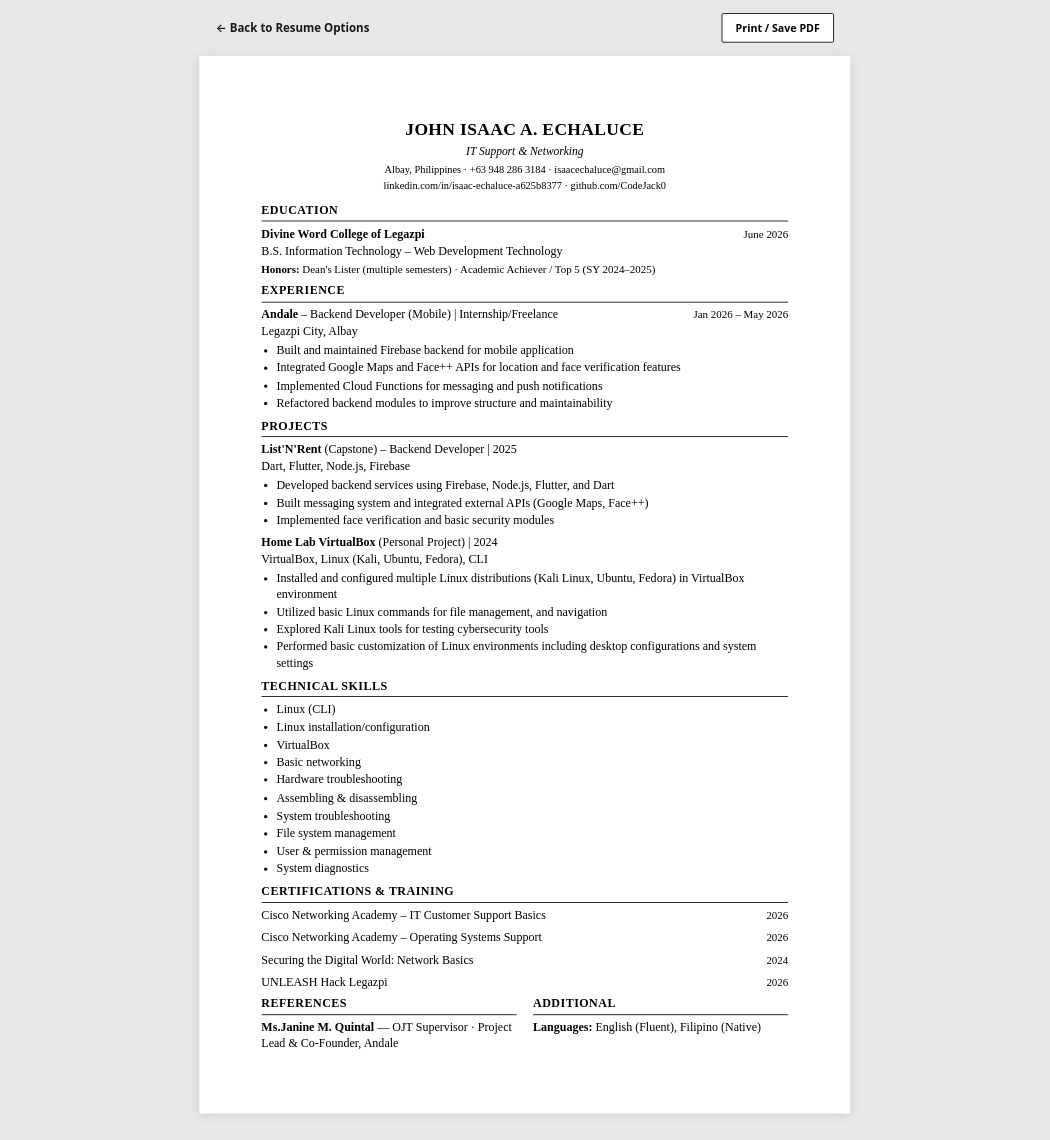
Repository: CodeJack0/Professional_Portfolio
Page: pages/resume_networking.html
These files come from the project's save history. The page is drawn as it stood at one moment and after the next save; the edit follows.
The browser window is 1280 px wide. The pictures show the whole page, at 82% of full size.

Above is the page before, as saved 2026-05-30 09:29:38.

After the next save:
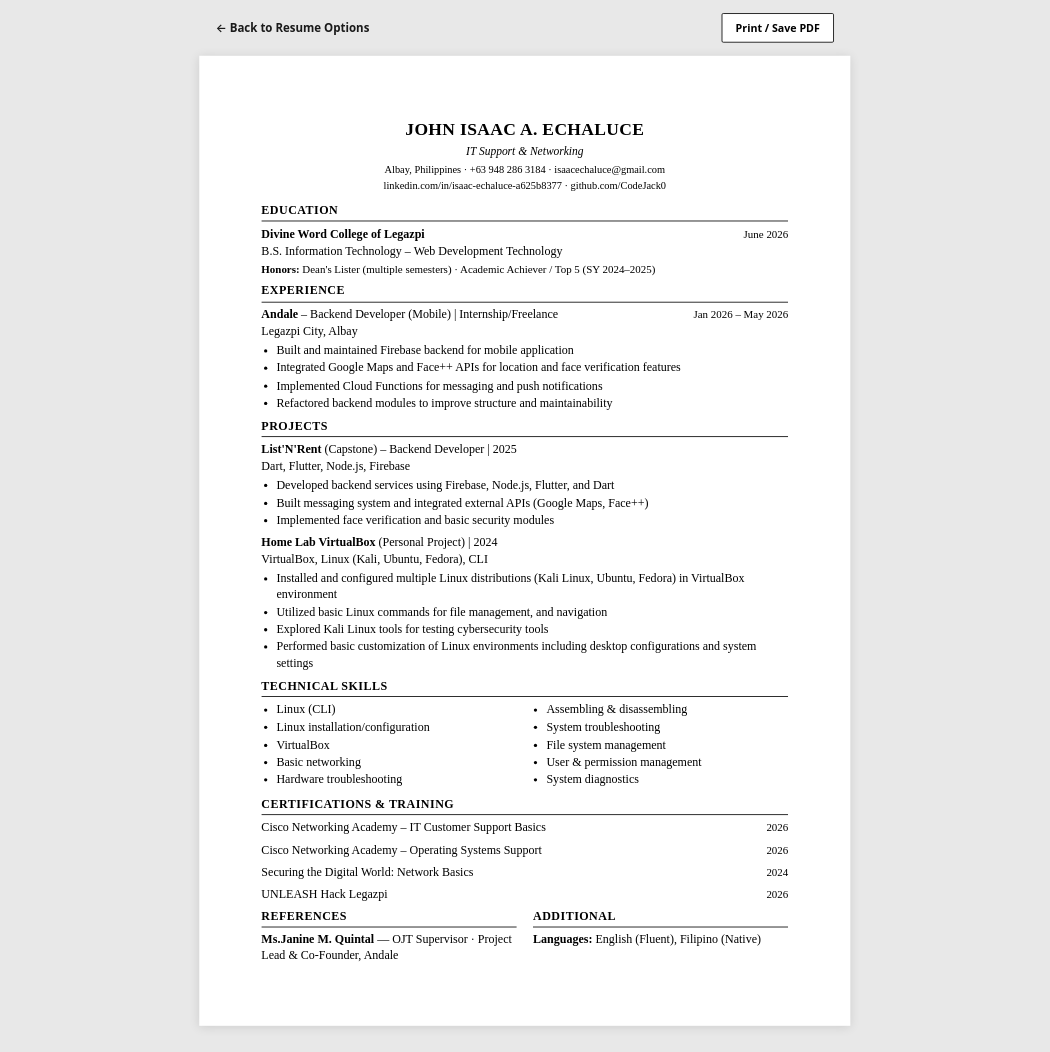
Saved 9 s later.
--- a/css/resume.css
+++ b/css/resume.css
@@ -242,6 +242,17 @@ body.resume-page {
   margin-top: 0.1rem;
 }
 
+.skills-grid {
+  display: grid;
+  grid-template-columns: 1fr 1fr;
+  gap: 1rem;
+  margin-top: 0.1rem;
+}
+
+.skills-grid .resume-list {
+  margin: 0;
+}
+
 /* Responsive */
 @media (max-width: 640px) {
   .resume-document {
